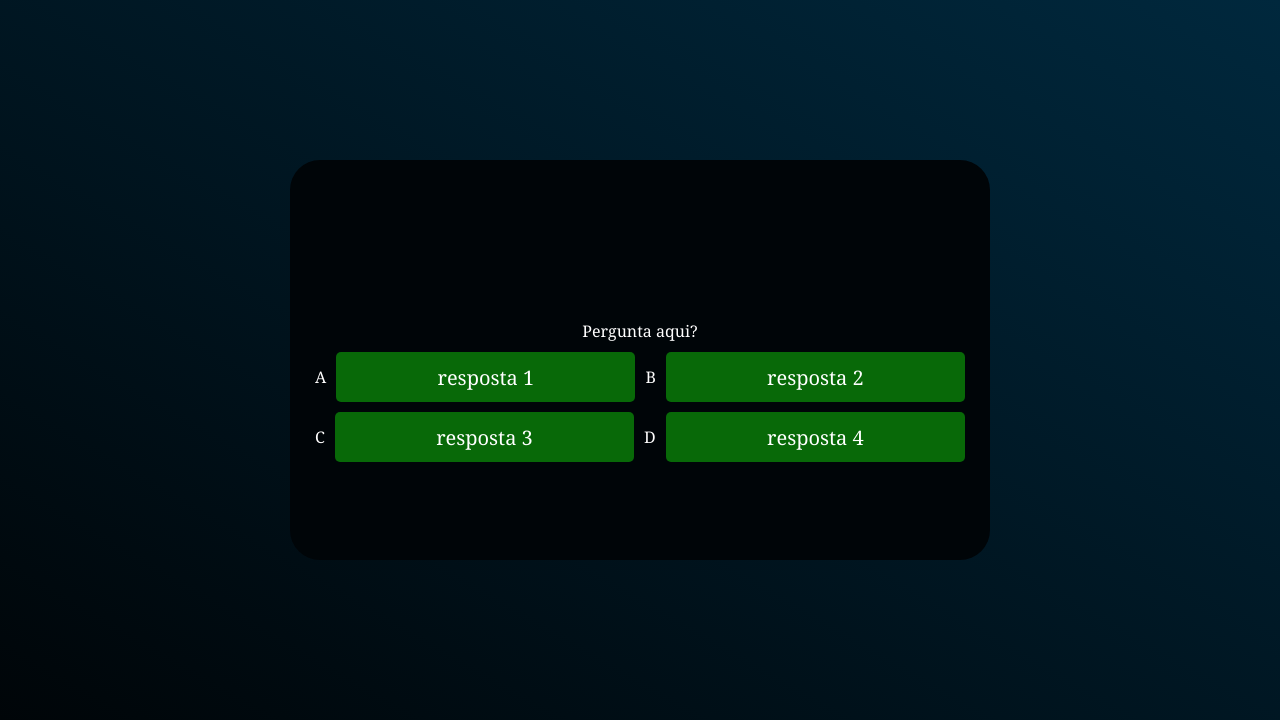
Repository: LaisSilvaO/Projeto-Quizz
Page: telas/index.html
An editor plug-in stored every save of this project. The page is shown before and after the next save, followed by the edit.
The browser window is 1280 px wide. The pictures show the whole page.

Above is the page before, as saved 2024-12-26 11:38:33.

After the next save:
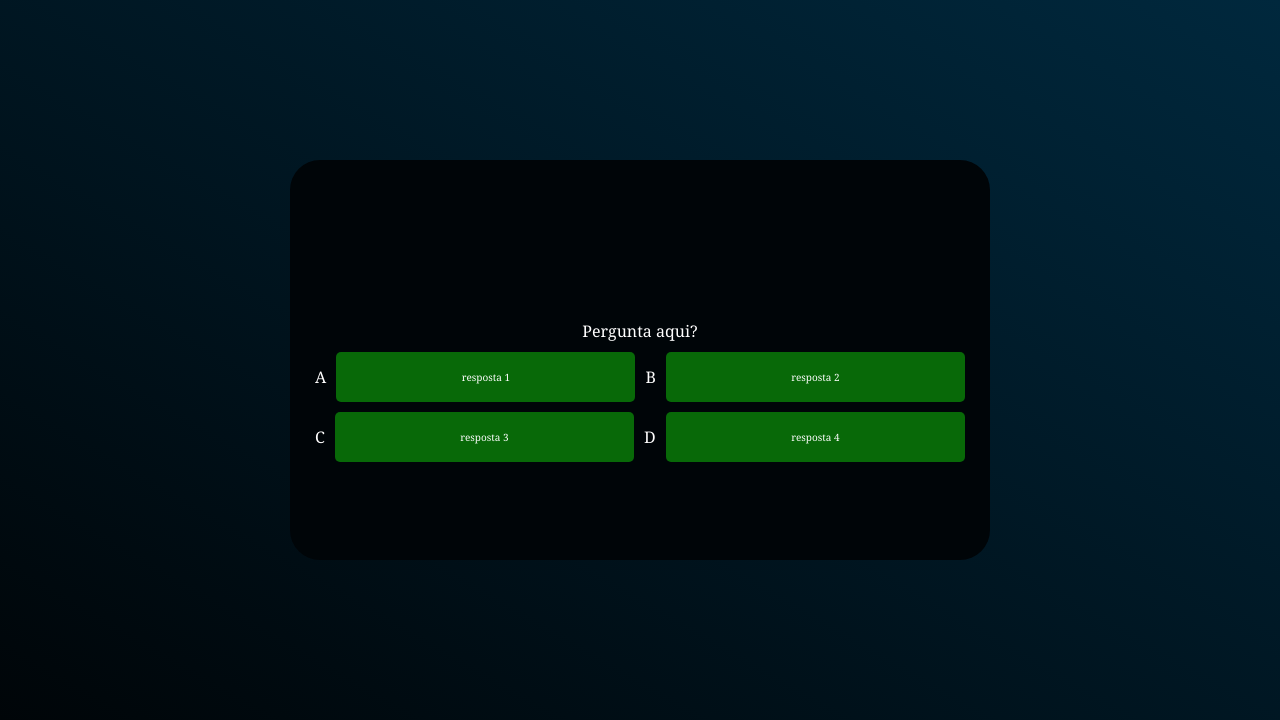
Saved 17 s later.
--- a/img/tela.css
+++ b/img/tela.css
@@ -146,7 +146,7 @@ h4 {
 .resposta button {
   width: 500px; /* Aumentado */
   height: 50px; /* Aumentado */
-  font-size: 20px; /* Para melhorar a legibilidade */
+  font-size: 10px; /* Para melhorar a legibilidade */
 }
 
 
